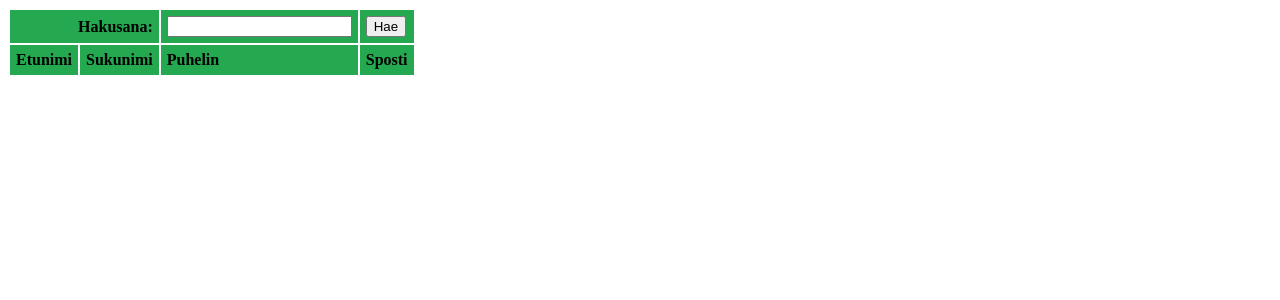
Repository: Lateh13/Asiakkaat
Page: http://localhost/Asiakkaat/listaaasiakkaat.jsp
The author's editor kept a copy of each file at every save. The page is drawn from the files as they stood at one save, then again after the next save.
The browser window is 1280 px wide. The pictures show the whole page.
The page is served by Tomcat 9. Queries for data that is not in the repository find no rows.

Above is the page before, as saved 2020-04-26 19:25:29.

After the next save:
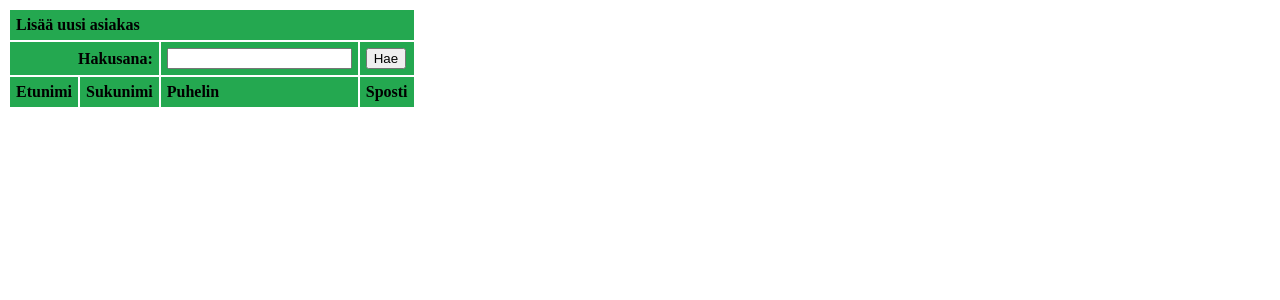
Saved 2 s later.
--- a/Asiakkaat/WebContent/listaaasiakkaat.jsp
+++ b/Asiakkaat/WebContent/listaaasiakkaat.jsp
@@ -31,6 +31,9 @@ tr:nth-child(even) {
 <body>
 <table id="listaus">
 	<thead>
+		<tr>
+			<th colspan="4" class="th1"><span id="uusiAsiakas">Lisää uusi asiakas</span></th>
+		</tr>
 		<tr>
 			<th id="th1" colspan="2">Hakusana:</th>
 			<th><input type="text" name="haku" id="haettava" size="20"></th>
